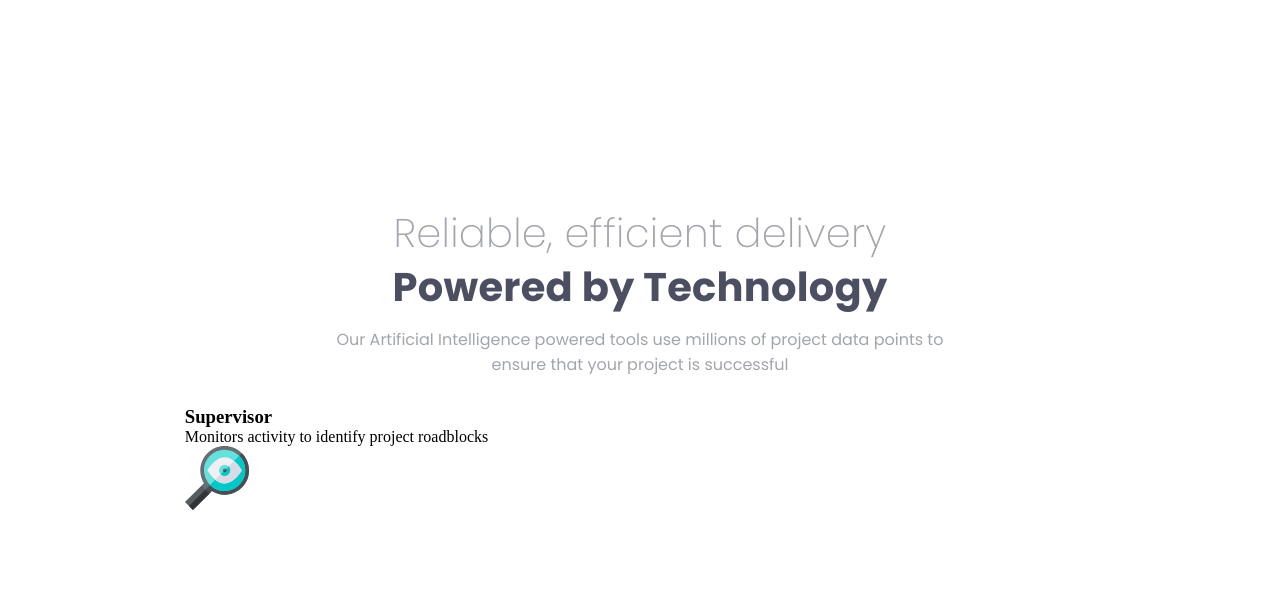
Repository: brandontaylor1/four-card-feature
Page: index.html
An editor plug-in stored every save of this project. The page is shown before and after the next save, followed by the edit.
The browser window is 1280 px wide. The pictures show the whole page.

Above is the page before, as saved 2025-01-09 22:48:40.

### index.html
<!DOCTYPE html>
<html lang="en">
<head>
    <meta charset="UTF-8">
    <meta name="viewport" content="width=device-width, initial-scale=1.0">
    <link rel="preconnect" href="https://fonts.googleapis.com">
    <link rel="preconnect" href="https://fonts.gstatic.com" crossorigin>
    <link href="https://fonts.googleapis.com/css2?family=Poppins:ital,wght@0,100;0,200;0,300;0,400;0,500;0,600;0,700;0,800;0,900;1,100;1,200;1,300;1,400;1,500;1,600;1,700;1,800;1,900&display=swap" rel="stylesheet">
    <link rel="stylesheet" href="styles.css">
    <title>Four Card Feature</title>
</head>
<body>
    <main class="container">
        <section class="page-content">
            <h1>Reliable, efficient delivery</h1>
            <h2>Powered by Technology</h2>
            <p>Our Artificial Intelligence powered tools use millions of project data points to ensure that your project is successful</p>
        </section>
        <section class="column-container">
            <div class="card-column">
                <div class="card">
                    <h3>Supervisor</h3>
                    <p>Monitors activity to identify project roadblocks</p>
                    <img src="./assets/images/icon-supervisor.svg" alt="Supervisor Icon">
                </div>
            </div>
        </section>
    </main>

</body>
</html>

### styles.css
* {
    margin: 0;
    padding: 0;
    box-sizing: border-box;
}

:root {
    --primary-red: hsl(0, 78%, 62%);
    --primary-cyan: hsl(180, 62%, 55%);
    --primary-orange: hsl(34, 97%, 64%);
    --primary-blue: hsl(212, 86%, 64%);

    --secondary-dark-blue: hsl(234, 12%, 34%);
    --secondary-grayish-blue: hsl(229, 6%, 66%);
    --secondary-light-gray: hsl(0, 0%, 98%);
}

.container {
    height: 100vh;
    display: flex;
    align-items: center;
    justify-content: center;
    flex-direction: column;
}

.page-content {
    display: flex;
    flex-direction: column;
    align-items: center;
    justify-content: space-between;
    height: 150px;
    width: 650px;
    margin-bottom: 50px;
}

.page-content h1 {
    font-size: 2.5rem;
    font-family: "Poppins", sans-serif;
    font-weight: 200;
    line-height: 54px;
    letter-spacing: .25px;
    color: var(--secondary-grayish-blue);
}

.page-content h2 {
    font-size: 2.5rem;
    font-family: "Poppins", sans-serif;
    font-weight: 700;
    line-height: 54px;
    letter-spacing: .25px;
    color: var(--secondary-dark-blue);
    margin-bottom: 13px;
}

.page-content p {
    font-size: 1rem;
    font-family: "Poppins", sans-serif;
    font-weight: 400;
    line-height: 25px;
    text-align: center;
    color: var(--secondary-grayish-blue);

}

.column-container {
    display: grid;
    grid-template-columns: repeat(3, 1fr);
}

After the next save:
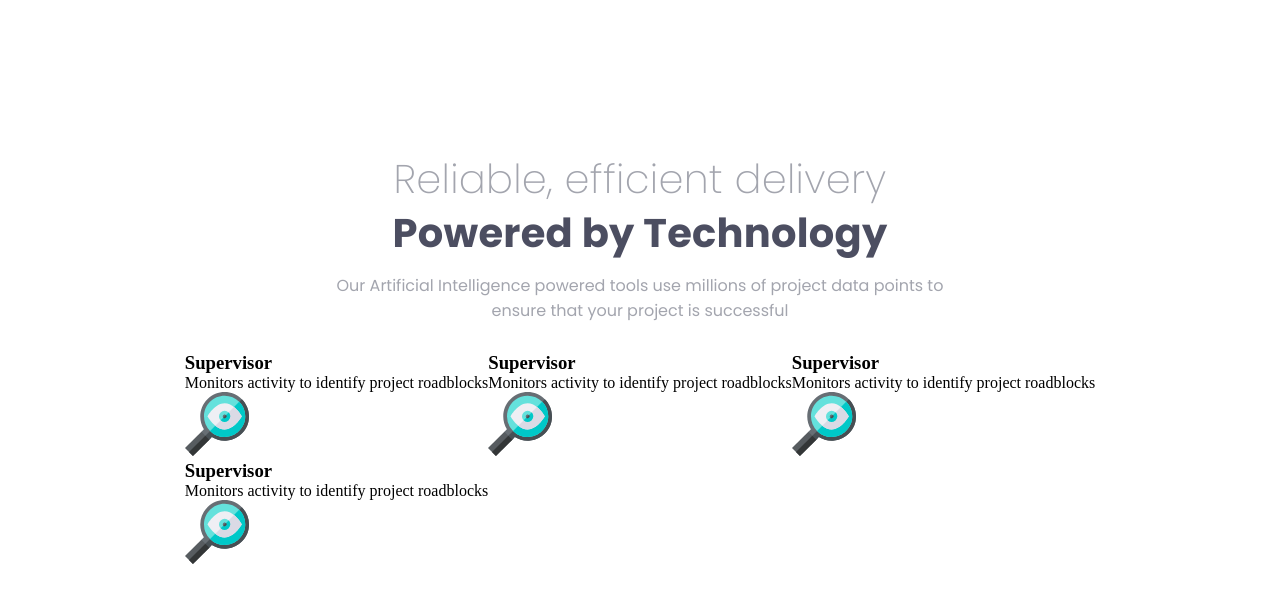
Saved 49 s later.
--- a/index.html
+++ b/index.html
@@ -24,6 +24,27 @@
                     <img src="./assets/images/icon-supervisor.svg" alt="Supervisor Icon">
                 </div>
             </div>
+            <div class="card-column">
+                <div class="card">
+                    <h3>Supervisor</h3>
+                    <p>Monitors activity to identify project roadblocks</p>
+                    <img src="./assets/images/icon-supervisor.svg" alt="Supervisor Icon">
+                </div>
+            </div>
+            <div class="card-column">
+                <div class="card">
+                    <h3>Supervisor</h3>
+                    <p>Monitors activity to identify project roadblocks</p>
+                    <img src="./assets/images/icon-supervisor.svg" alt="Supervisor Icon">
+                </div>
+            </div>
+            <div class="card-column">
+                <div class="card">
+                    <h3>Supervisor</h3>
+                    <p>Monitors activity to identify project roadblocks</p>
+                    <img src="./assets/images/icon-supervisor.svg" alt="Supervisor Icon">
+                </div>
+            </div>
         </section>
     </main>
 
